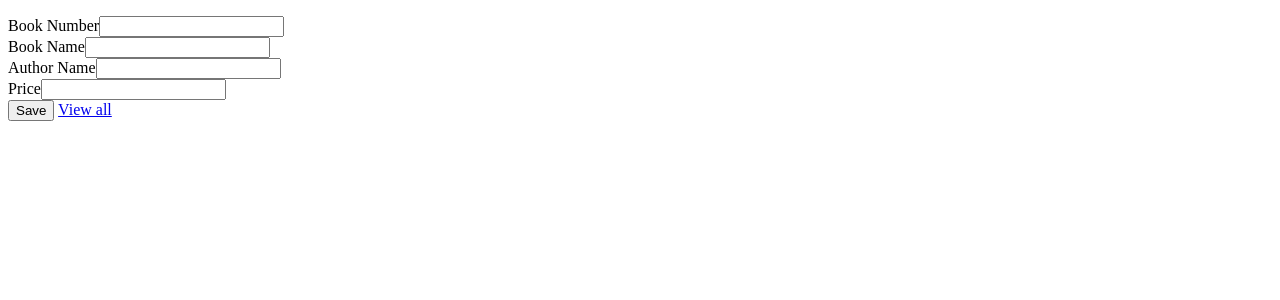
Repository: Balamurugan1914/crud_operation_without_db
Page: http://localhost/Java_bean/addbook.jsp
An editor plug-in stored every save of this project. The page is shown before and after the next save, followed by the edit.
The browser window is 1280 px wide. The pictures show the whole page.
The page is served by Tomcat 9.

Above is the page before, as saved 2022-06-21 07:24:43.

After the next save:
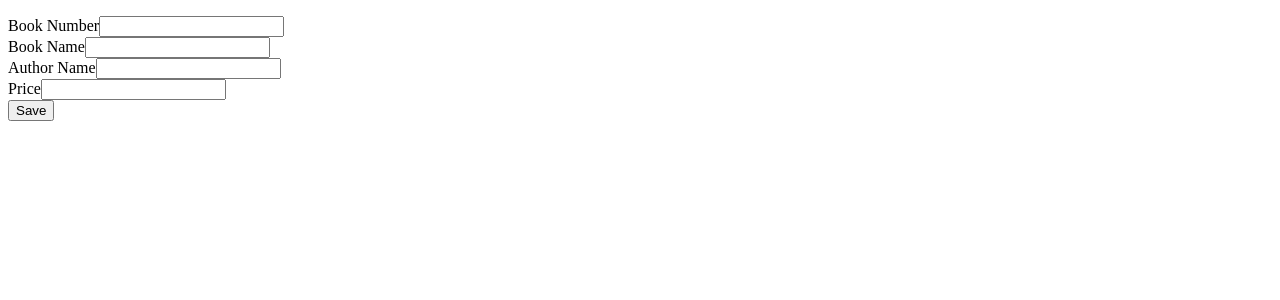
Saved 4 min 52 s later.
--- a/Java_bean/src/main/webapp/addbook.jsp
+++ b/Java_bean/src/main/webapp/addbook.jsp
@@ -27,7 +27,7 @@
 		</div>
 		<input type="submit" value="Save"/>
 
-<a href="showbook.jsp">View all</a>
+
 
 
 	</form>
